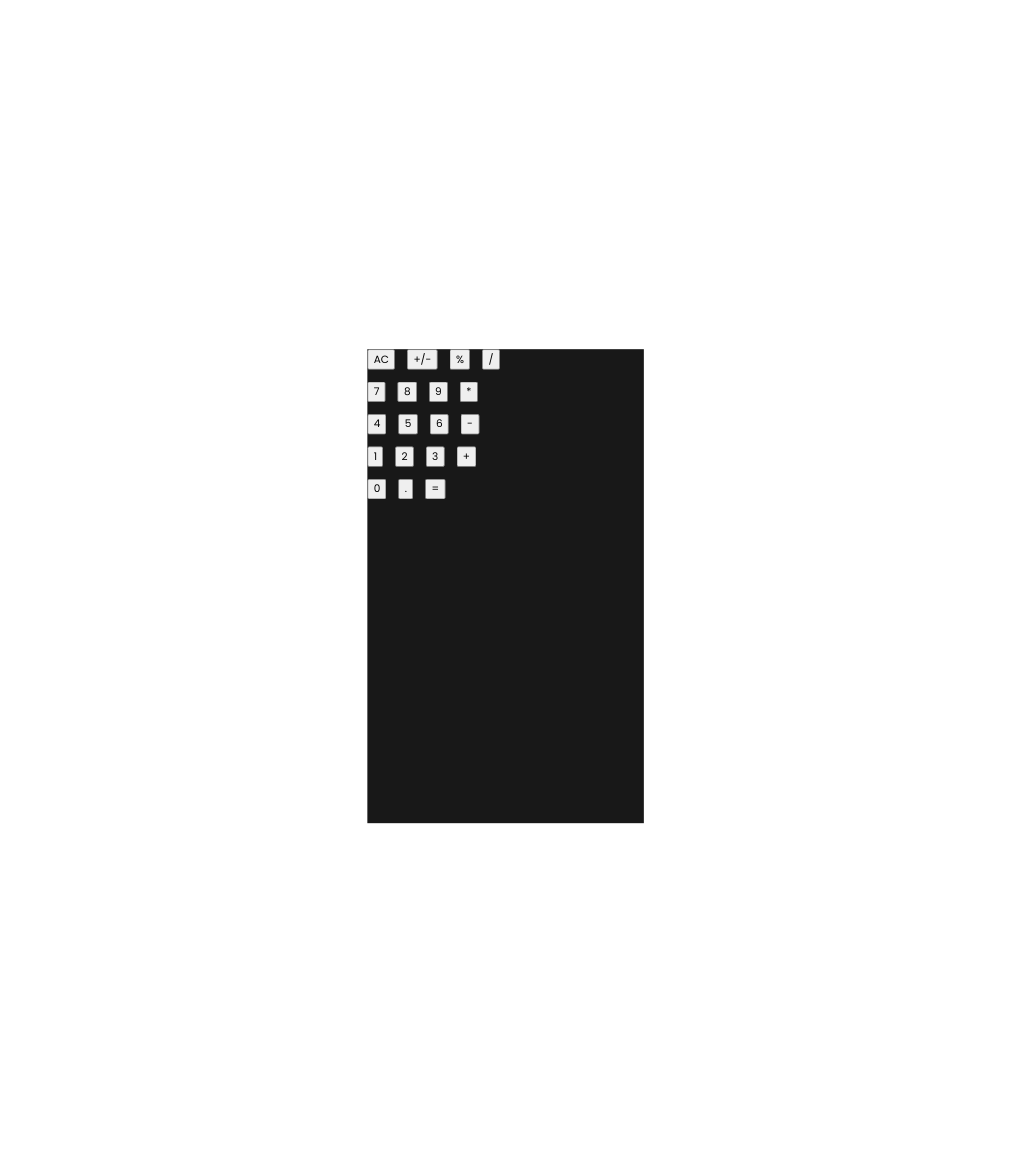
Repository: minhtien9/Calculator
Page: /
The author's editor kept a copy of each file at every save. The page is drawn from the files as they stood at one save, then again after the next save.
The browser window is 1280 px wide. The pictures show the whole page, at 79% of full size.
The project was rebuilt for these pictures with package versions that can differ from the ones it lists, and the page was loaded fresh each time. Also part of the build but not shown: src/App.css.

Above is the page before, as saved 2022-07-21 18:29:30.

### src/index.js
import React from "react";
import ReactDOM from "react-dom/client";
import App from "./App";

const root = ReactDOM.createRoot(document.getElementById("root"));
root.render(
    <React.StrictMode>
        <App />
    </React.StrictMode>
);

// If you want to start measuring performance in your app, pass a function
// to log results (for example: reportWebVitals(console.log))
// or send to an analytics endpoint. Learn more: https://bit.ly/CRA-vitals

### src/App.js
import "./App.css";
import Caculator from "./Components/Caculator";

function App() {
    return (
        <div className='App'>
            <Caculator />
        </div>
    );
}

export default App;

### src/Components/Caculator.jsx
import React from "react";
import "./Caculator.scss";

const Caculator = () => {
    return (
        <div className='caculator'>
            <section className='keyboard'>
                <div className='keyboard-row'>
                    <button className='one-block'>AC</button>
                    <button className='one-block'> +/- </button>
                    <button className='one-block'> % </button>
                    <button className='one-block'>/</button>
                </div>

                <div className='keyboard-row'>
                    <button className='one-block'>7</button>
                    <button className='one-block'>8</button>
                    <button className='one-block'>9</button>
                    <button className='one-block'>*</button>
                </div>

                <div className='keyboard-row'>
                    <button className='one-block'>4</button>
                    <button className='one-block'>5</button>
                    <button className='one-block'>6</button>
                    <button className='one-block'>-</button>
                </div>

                <div className='keyboard-row'>
                    <button className='one-block'>1</button>
                    <button className='one-block'>2</button>
                    <button className='one-block'>3</button>
                    <button className='one-block'>+</button>
                </div>

                <div className='keyboard-row'>
                    <button className='one-block'>0</button>
                    <button className='one-block'> .</button>
                    <button className='one-block'> =</button>
                </div>
            </section>
        </div>
    );
};

export default Caculator;

### src/Components/Caculator.scss
@import url("https://fonts.googleapis.com/css2?family=Poppins:ital,wght@0,100;0,200;0,300;0,400;0,500;0,600;0,700;0,800;0,900;1,100;1,200;1,300;1,400;1,500;1,600;1,700;1,800;1,900&display=swap");

* {
    font-family: "Poppins";
}

.caculator {
    width: 350px;
    height: 600px;
    margin: 35% auto;
    background-color: rgb(24, 24, 24);
}

.keyboard {
    display: flex;
    flex-direction: column;
    gap: 15px;
}

.keyboard-row {
    display: flex;
    gap: 15px;
}

Loaded but not shown: public/index.html (common file)

After the next save:
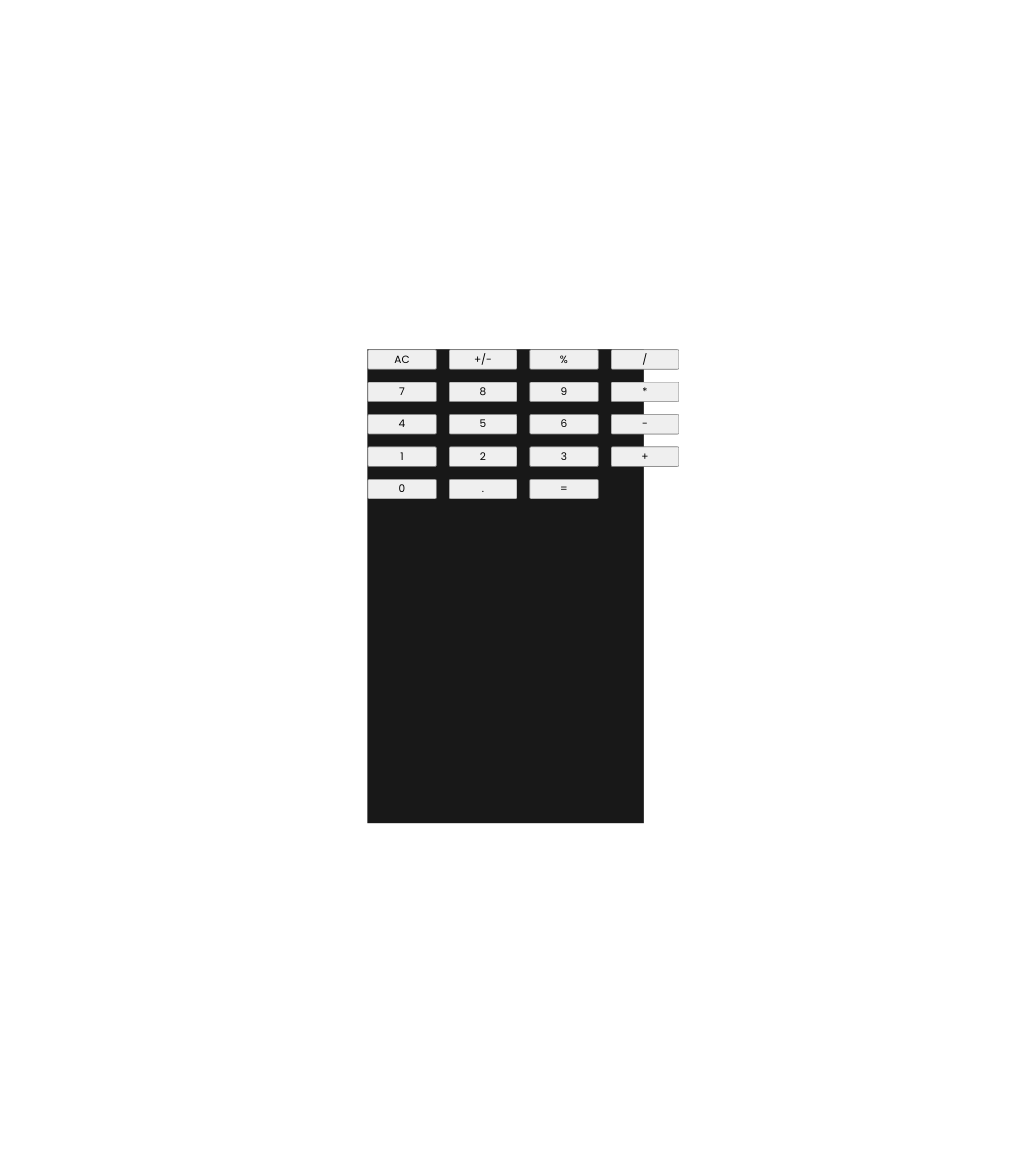
Saved 27 s later.
--- a/src/Components/Caculator.scss
+++ b/src/Components/Caculator.scss
@@ -20,4 +20,8 @@
 .keyboard-row {
     display: flex;
     gap: 15px;
+    .one-block {
+        width: 25%;
+        aspect-ratio: 271;
+    }
 }
